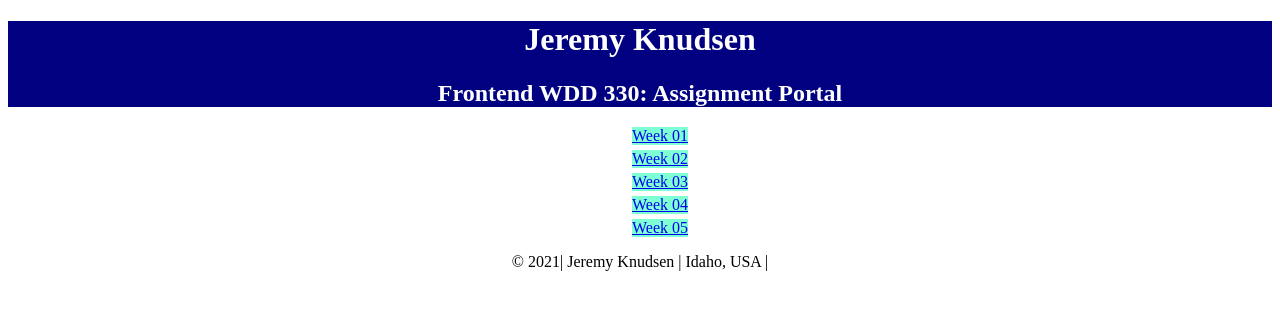
Repository: jknudsen97/WDD-330-Portfolio
Page: index.html
An editor plug-in stored every save of this project. The page is shown before and after the next save, followed by the edit.
The browser window is 1280 px wide. The pictures show the whole page.

Above is the page before, as saved 2021-10-20 19:30:08.

### index.html
<!DOCTYPE html>
<html lang="en-US">
  <head>
    <meta charset="UTF-8" />
    <meta http-equiv="X-UA-Compatible" content="IE=edge" />
    <meta name="viewport" content="width=device-width, initial-scale=1.0" />
    <meta name="author" content="Jeremy Knudsen" />
    <script src="js/main.js" defer></script>
    <script src="js/script.js" defer></script>
    <link rel="stylesheet" href="css/style.css">
    <link rel="preconnect" href="https://fonts.googleapis.com" />
    <link rel="apple-touch-icon" sizes="180x180" href="/apple-touch-icon.png" />
    <link rel="icon" type="image/png" sizes="32x32" href="/favicon-32x32.png" />
    <link rel="icon" type="image/png" sizes="16x16" href="/favicon-16x16.png" />
    <link rel="mask-icon" href="/safari-pinned-tab.svg" color="#5bbad5" />
    <meta name="msapplication-TileColor" content="#da532c" />
    <meta name="theme-color" content="#ffffff" />
    <link rel="shortcut icon" href="/favicon.ico" />

    <title>Jeremy Knudsen Web Frontend 2: WDD330</title>
  </head>
  <body>
    <main>
      <header>
        <h1 class="nametitle">Jeremy Knudsen</h1>
        <h2 class="assignmentheader">Frontend WDD 330: Assignment Portal</h2>
      </header>
      <div id="assignments"></div>
      <footer>
        &copy; <span id="currentyear"></span>| Jeremy Knudsen | Idaho, USA |
      </footer>
    </main>
  </body>
</html>

### js/main.js
const requestLinks = "json/main.json";

fetch(requestLinks)
.then(function (response) {
  return response.json();
})
.then(function (jsObject){
  const weeks = jsObject['assignments'];
  console.log(weeks);

  let block = document.createElement('div');
  let ulList = document.createElement('ul');

  weeks.forEach( week => {
    let li = document.createElement('li');
    let a = document.createElement('a');
    a.setAttribute('href', week.url);
    a.textContent = week.label;
    li.append(a);
    ulList.append(li);
  })
  block.append(ulList)
  document.querySelector('#assignments').append(block);
})

### js/script.js
const date = new Date();
const options = {
      weekday: "long",
      month: "long",
      day: "numeric",
      year: "numeric",
    };
document.querySelector("#currentyear").innerHTML
= date.getFullYear();

### css/style.css
main{
    text-align: center;
}

header{
    color: white;
    background-color: navy;
}

ul{
    list-style-type: none;
}

li{
    width: fit-content;
    border: 2px;
    margin: 5px;
    color: black;
    margin-left: auto;
    margin-right: auto;
    background-color: aquamarine;
}

li:hover{
    color: black;
    background-color: white;
}

### json/main.json
{
    "assignments": [

       {
          "label": "Week 01",
          "url": "week1/teamactivity.html"
       },

       {
        "label": "Week 02",
        "url": "week2/teamactivity.html"
       },

       {
         "label": "Week 03",
         "url": "week3/teamactivity.html"
      },

      {
         "label": "Week 04",
         "url": "week4/teamactivity.html"
      },

      {
         "label": "Week 05",
         "url": "week5/teamactivity.html"
      }

    ]
 }

After the next save:
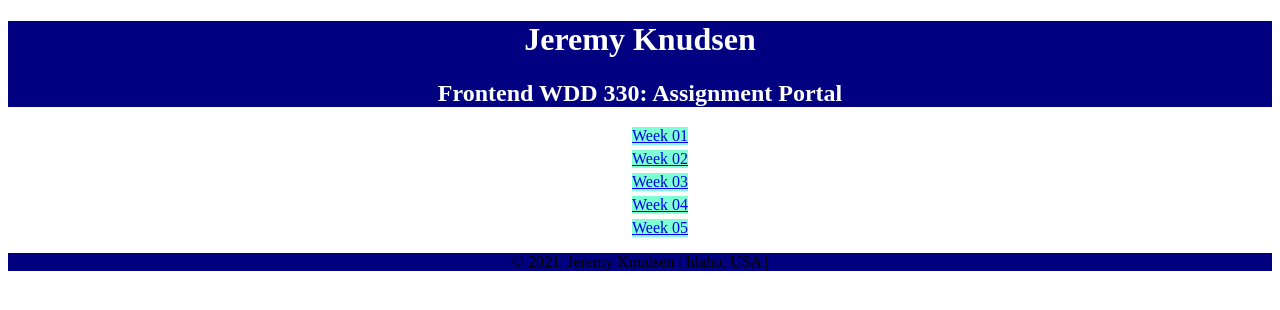
Saved 28 s later.
--- a/css/style.css
+++ b/css/style.css
@@ -25,3 +25,7 @@ li:hover{
     color: black;
     background-color: white;
 }
+
+footer{
+    background-color: navy;
+}
